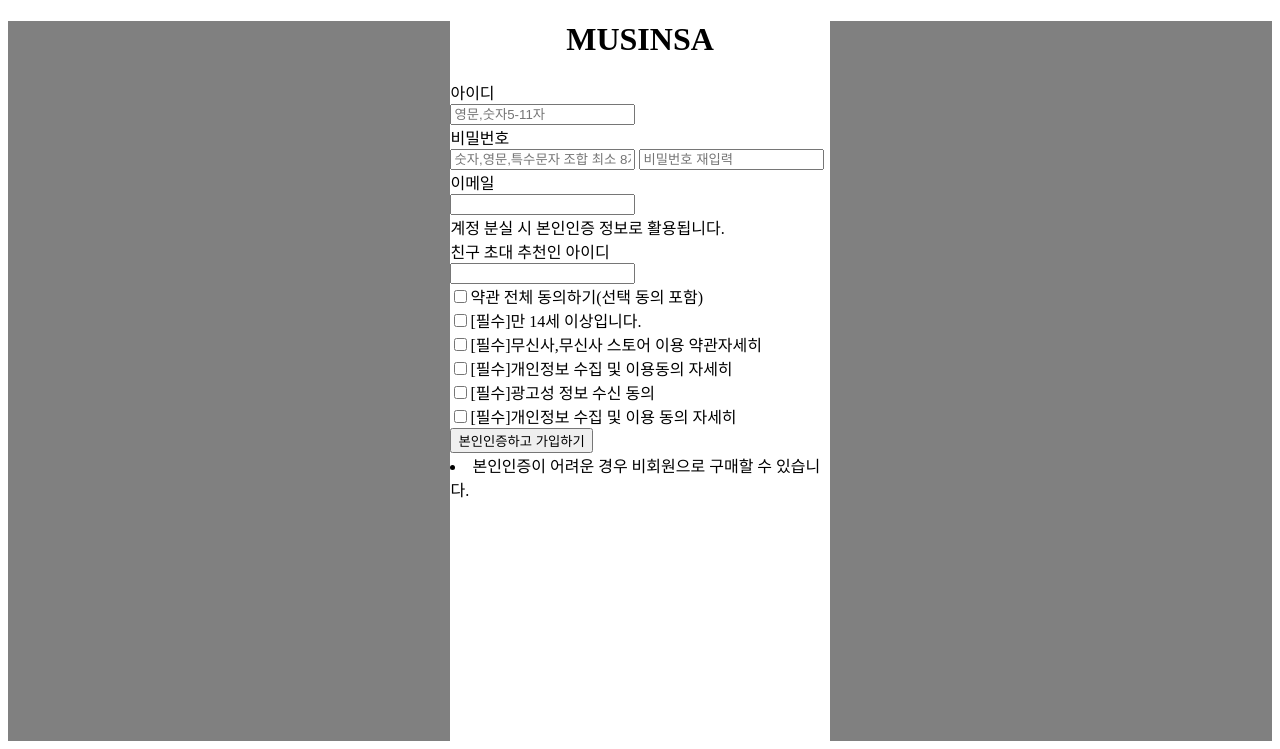
Repository: SilverSharkDeveloper/HTML-CSS-Study
Page: html/workspace/day04/WebContent/task.html
An editor plug-in stored every save of this project. The page is shown before and after the next save, followed by the edit.
The browser window is 1280 px wide. The pictures show the whole page.

Above is the page before, as saved 2023-03-13 12:13:29.

### html/workspace/day04/WebContent/task.html
<!DOCTYPE html>
<html>
<head>
<meta charset="UTF-8">
<title>무신사</title>
</head>
<body>
		<div class = "container" style = "background : grey ; height :100vh">
			<div class = "container login" style ="width : 30%;height : 100%; margin : 0 auto ; background :white">
				<div>
					<header style ="text-align : center">
						<h1>MUSINSA</h1>
					</header>
				</div>
				<div>
					<form>
						<div>
							아이디
						</div>
						<div>
							<input type ="text" placeholder = "영문,숫자5-11자">
						</div>
						<div>
							비밀번호
						</div>
						<div>
							<input type = "password" placeholder ="숫자,영문,특수문자 조합 최소 8자">
							<input type = "password" placeholder ="비밀번호 재입력">
						</div>
						<div>
							이메일
						</div>
						<div>
							<input type = "email">
						</div>
						<div>
							계정 분실 시 본인인증 정보로 활용됩니다.
						</div>
						<div>
							친구 초대 추천인 아이디
						</div>
						<div>
							<input type = "text">
						</div>
						<div>
							<input type = "checkbox">약관 전체 동의하기(선택 동의 포함)
						</div>
						<div>
							<div>
								<input type = "checkbox">[필수]만 14세 이상입니다.
							</div>
							<div>
							<input type = "checkbox">[필수]무신사,무신사 스토어 이용 약관자세히
							</div>
							<div>
							<input type = "checkbox">[필수]개인정보 수집 및 이용동의 자세히
							</div>
							<div>
							<input type = "checkbox">[필수]광고성 정보 수신 동의
							</div>
							<div>
							<input type = "checkbox">[필수]개인정보 수집 및 이용 동의 자세히
							</div>
						</div>
						<div>
							<button>본인인증하고 가입하기</button>
						</div>
						<div>
							<li>본인인증이 어려운 경우 비회원으로 구매할 수 있습니다.</li>
						</div>
					</form>
				</div>
			</div>
		</div>
</body>
</html>

After the next save:
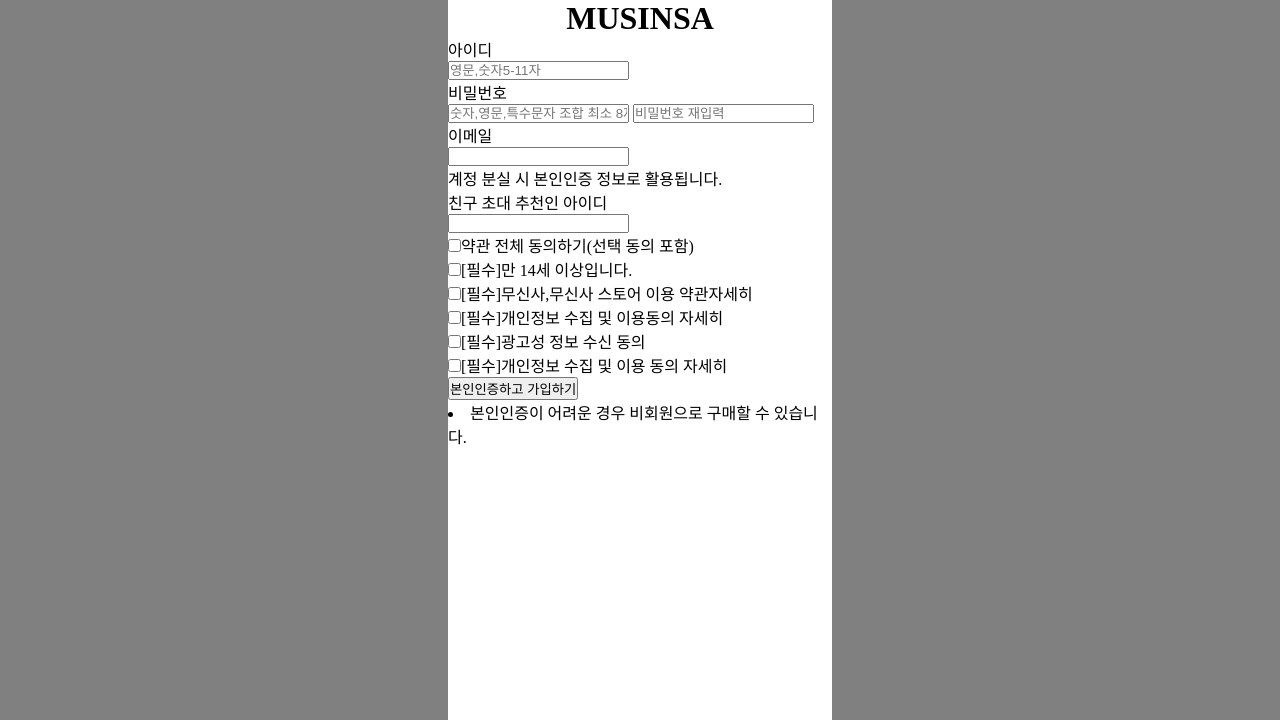
Saved 51 s later.
--- a/html/workspace/day04/WebContent/task.html
+++ b/html/workspace/day04/WebContent/task.html
@@ -3,6 +3,13 @@
 <head>
 <meta charset="UTF-8">
 <title>무신사</title>
+<style>
+	*{
+		margin : 0;
+		padding : 0;
+
+	}
+</style>
 </head>
 <body>
 		<div class = "container" style = "background : grey ; height :100vh">
